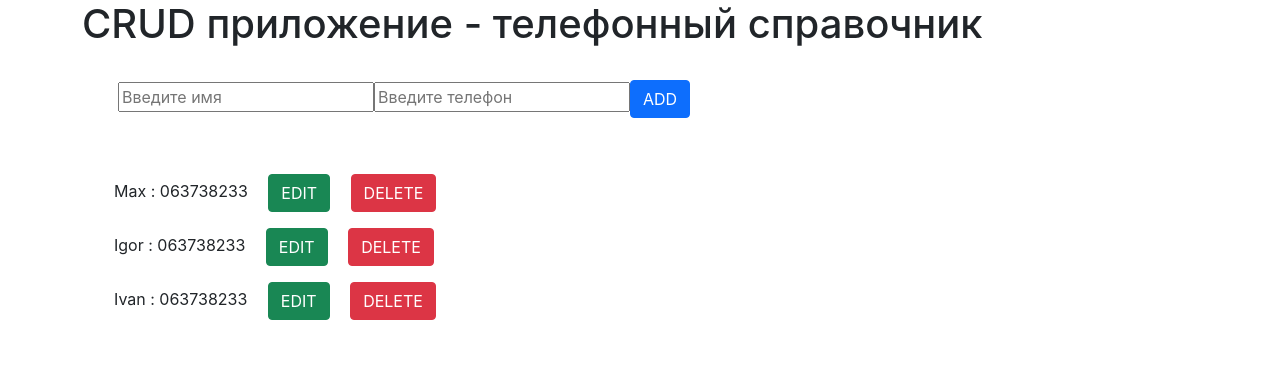
Repository: tsydikov/phone_book
Page: /
The author's editor kept a copy of each file at every save. The page is drawn from the files as they stood at one save, then again after the next save.
The browser window is 1280 px wide. The pictures show the whole page.
The project was rebuilt for these pictures with package versions that can differ from the ones it lists, and the page was loaded fresh each time. Also part of the build but not shown: src/App.css, src/components/Update.jsx.

Above is the page before, as saved 2021-10-07 22:16:15.

### public/index.html
<!DOCTYPE html>
<html lang="en">
  <head>
    <meta charset="utf-8" />
    <meta name="viewport" content="width=device-width, initial-scale=1" />
    <meta name="theme-color" content="#000000" />
    <link
      rel="stylesheet"
      href="https://cdn.jsdelivr.net/npm/bootstrap@5.1.1/dist/css/bootstrap.min.css"
      integrity="sha384-F3w7mX95PdgyTmZZMECAngseQB83DfGTowi0iMjiWaeVhAn4FJkqJByhZMI3AhiU"
      crossorigin="anonymous"
    />
    <title>Briz test</title>
  </head>
  <body>
    <noscript>You need to enable JavaScript to run this app.</noscript>
    <div id="root"></div>
  </body>
</html>

### src/index.js
import React from "react";
import ReactDOM from "react-dom";
import "./index.css";
import App from "./App";
import { Provider } from "react-redux";
import { store } from "./store/reducer";

ReactDOM.render(
  <Provider store={store}>
    <App />
  </Provider>,
  document.getElementById("root")
);

### src/App.js
import React from "react";
import { Col, Container, Row } from "react-bootstrap";
import "./App.css";
import Form from "./components/Form";
import PhoneList from "./components/PhoneList";

function App() {
  return (
    <Container>
      <Row>
        <h1>CRUD приложение - телефонный справочник</h1>
      </Row>
      <Row>
        <Col className="p-4">
          <Form />
        </Col>
      </Row>
      <Row>
        <Col className="p-4">
          <PhoneList />
        </Col>
      </Row>
    </Container>
  );
}

export default App;

### src/store/reducer.js
import { createStore } from "redux";
import { CREATE, DELETE, UPDATE } from "./types";

const defaultState = {
  phoneBook: [
    { id: 1, name: "Max", phoneNamber: "063738233" },
    { id: 2, name: "Igor", phoneNamber: "063738233" },
    { id: 3, name: "Ivan", phoneNamber: "063738233" },
  ],
};

const reducer = (state = defaultState, action) => {
  switch (action.type) {
    case CREATE:
      return { ...state, phoneBook: [...state.phoneBook, action.payload] };
    case DELETE:
      return {
        ...state,
        phoneBook: state.phoneBook.filter(
          (phone) => phone.id !== action.payload
        ),
      };
    case UPDATE:
      return {
        ...state,
        phoneBook: state.phoneBook.map((item) => {
          if (item.id === action.payload.id) {
            return {
              ...item,
              ...action.payload,
            };
          } else {
            return item;
          }
        }),
      };
    default:
      return state;
  }
};

export const store = createStore(reducer);

### src/components/Form.jsx
import React, { useState } from "react";
import { Button, Container } from "react-bootstrap";
import { useDispatch } from "react-redux";
import { addItem } from "../store/actions";

const Form = () => {
  const [name, setName] = useState("");
  const [phone, setPhone] = useState("");
  const dispatch = useDispatch();
  const addNewPhoneBookItem = () => {
    const newItem = {
      id: Date.now(),
      name: name,
      phoneNamber: phone,
    };
    if (name && phone) {
      dispatch(addItem(newItem));
      setName("");
      setPhone("");
    } else alert("поле имя и телефон должно быть заполнено");
  };
  return (
    <Container>
      <input
        type="text"
        value={name}
        placeholder="Введите имя"
        onChange={(e) => setName(e.target.value)}
      />
      <input
        type="text"
        value={phone}
        placeholder="Введите телефон"
        onChange={(e) => setPhone(e.target.value)}
      />
      <Button onClick={addNewPhoneBookItem}>ADD</Button>
    </Container>
  );
};

export default Form;

### src/components/PhoneList.jsx
import React, { useState } from "react";
import { useSelector } from "react-redux";
import PhoneItem from "./PhoneItem";
import Update from "./Update";

const PhoneList = () => {
  const [editItemActive, setEditItemActive] = useState(null);
  const phoneBook = useSelector((state) => state.phoneBook);
  const editPhoneBookItem = (id) => {
    setEditItemActive(id);
  };
  return (
    <div>
      {editItemActive ? (
        <Update
          key={editItemActive}
          updateId={editItemActive}
          update={setEditItemActive}
        />
      ) : (
        phoneBook.map((phone) => (
          <PhoneItem
            key={phone.id}
            phone={phone}
            editItem={editPhoneBookItem}
          />
        ))
      )}
    </div>
  );
};

export default PhoneList;

### src/store/types.js
export const CREATE = "CREATE";
export const UPDATE = "UPDATE";
export const DELETE = "DELETE";

### src/store/actions.js
import { CREATE, DELETE, UPDATE } from "./types";

export const addItem = (item) => ({ type: CREATE, payload: item });
export const deleteItem = (id) => ({ type: DELETE, payload: id });
export const updateItem = (item) => ({ type: UPDATE, payload: item });

### src/components/PhoneItem.jsx
import React from "react";
import { Button, Col, Container, Row } from "react-bootstrap";
import { useDispatch } from "react-redux";
import { deleteItem } from "../store/actions";

const PhoneItem = ({ phone, editItem }) => {
  const dispatch = useDispatch();
  const deletePhoneBookItem = () => {
    dispatch(deleteItem(phone.id));
  };
  return (
    <Container>
      <Row>
        <Col className="p-2">
          {phone.name} : {phone.phoneNamber}{" "}
          <Button variant="success" className="mx-3" onClick={() => editItem(phone.id)}>
            EDIT
          </Button>{" "}
          <Button variant="danger" onClick={deletePhoneBookItem}>
            DELETE
          </Button>
        </Col>
      </Row>
    </Container>
  );
};

export default PhoneItem;

Loaded but not shown: src/index.css (common file)

After the next save:
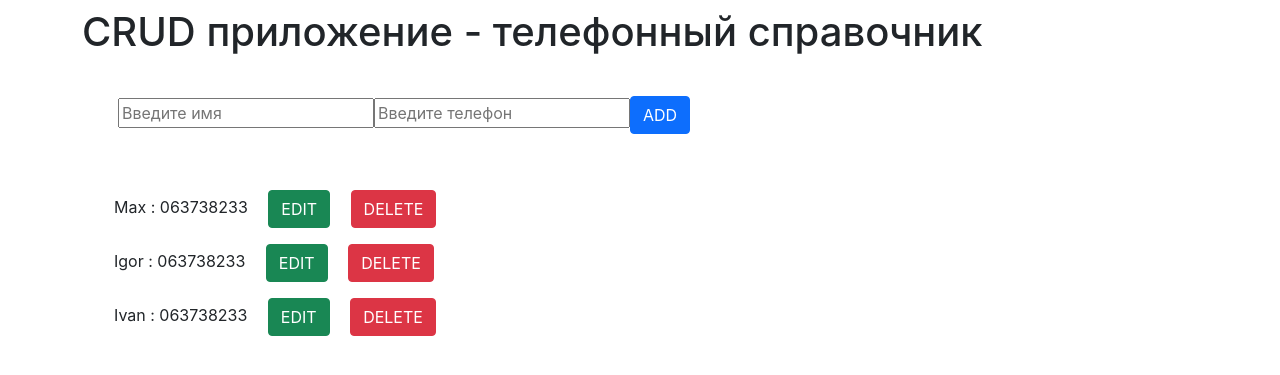
Saved 29 s later.
--- a/src/App.js
+++ b/src/App.js
@@ -7,7 +7,7 @@
 function App() {
   return (
     <Container>
-      <Row>
+      <Row className="py-2">
         <h1>CRUD приложение - телефонный справочник</h1>
       </Row>
       <Row>

After the save that followed:
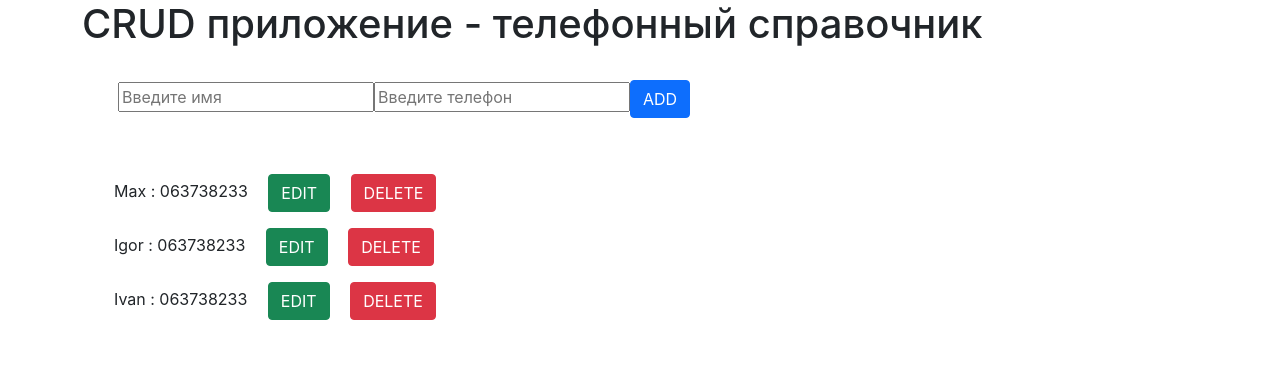
Saved 31 s later.
--- a/src/App.js
+++ b/src/App.js
@@ -7,7 +7,7 @@
 function App() {
   return (
     <Container>
-      <Row className="py-2">
+      <Row >
         <h1>CRUD приложение - телефонный справочник</h1>
       </Row>
       <Row>
